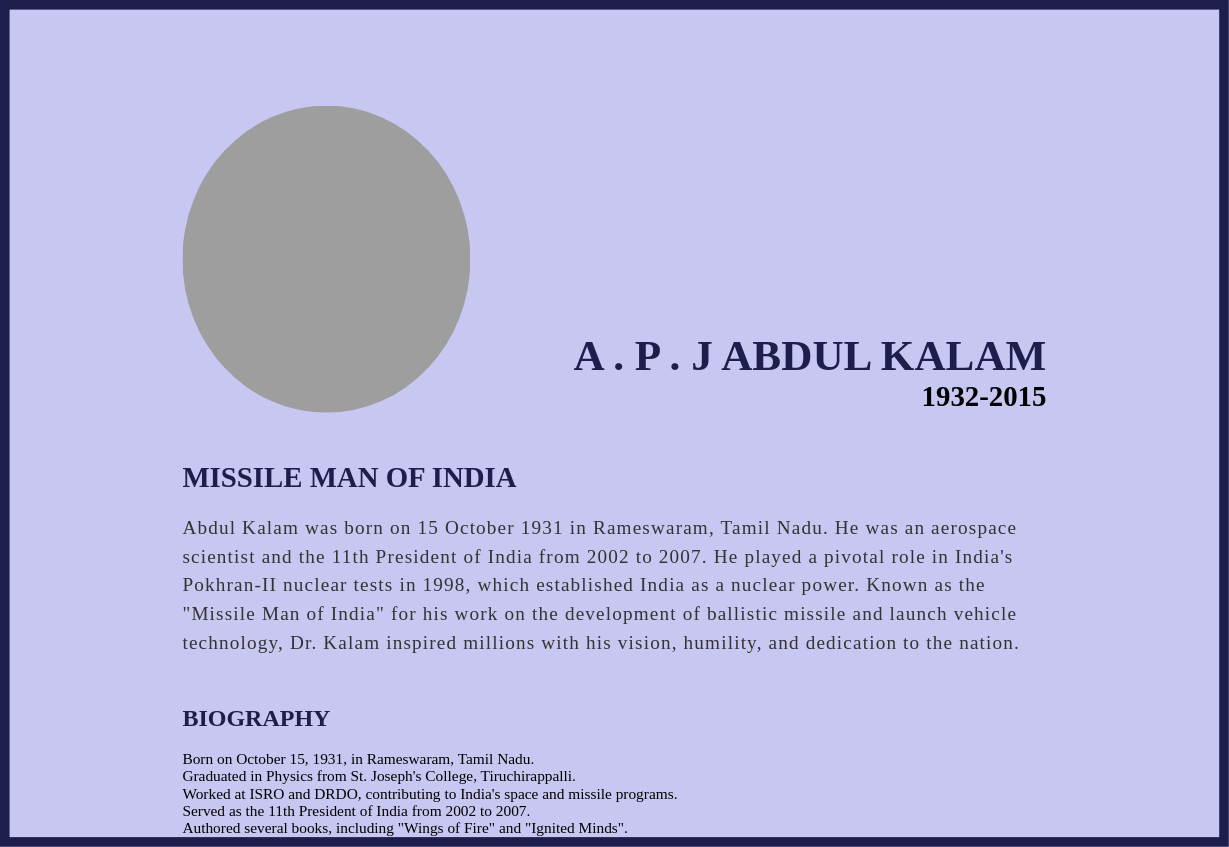
Repository: Mohitkumar1322/FrontendPracticee
Page: abdulkalam/index.html
These files come from the project's save history. The page is drawn as it stood at one moment and after a run of saves; the edit follows.
The browser window is 1280 px wide. The pictures show the whole page, at 96% of full size.
Pictures or frames that could not be fetched are drawn as grey boxes.

Above is the page before, as saved 2025-07-02 22:03:17.

After the next 2 saves:
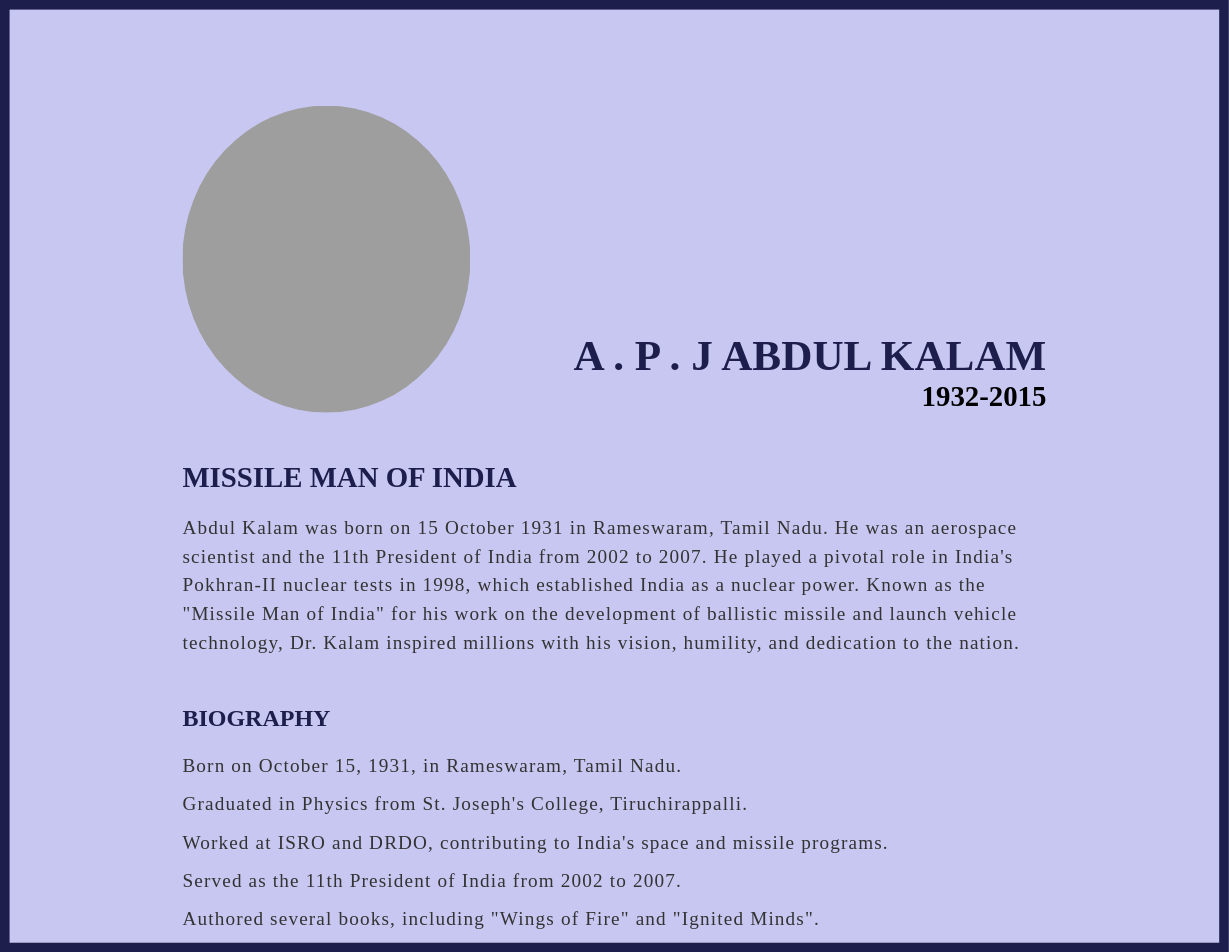
The 2 saves are shown as one change because they came seconds apart.
The last was saved 5 s later.
--- a/abdulkalam/style.css
+++ b/abdulkalam/style.css
@@ -79,4 +79,10 @@
 
 }
 
-.biography_section
+.biography_section ul li{
+    font-size: 20px;
+    line-height: 30px;
+    color: #333;
+    margin-bottom: 10px;
+    letter-spacing: 1.2px;
+}
